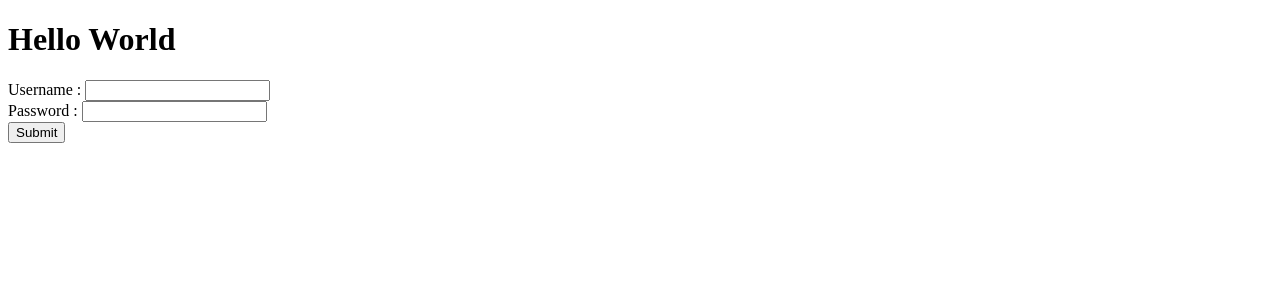
Repository: sunil965/JDBC-Servlet-JSP
Page: SERVLETS/WebContent/index.html
These files come from the project's save history. The page is drawn as it stood at one moment and after the next save; the edit follows.
The browser window is 1280 px wide. The pictures show the whole page.

Above is the page before, as saved 2017-04-27 11:24:10.

### SERVLETS/WebContent/index.html
<!DOCTYPE html>
<html>
<head>
<meta charset="UTF-8">
<title>Insert title here</title>
</head>
<body>
<h1>Hello World</h1>
<form action="firstservlet" method="get">
Username : <input type="text" name="name"><br>
Password : <input type="password" name="pwd"><br>
<input type="submit">
</form>
</body>
</html>

After the next save:
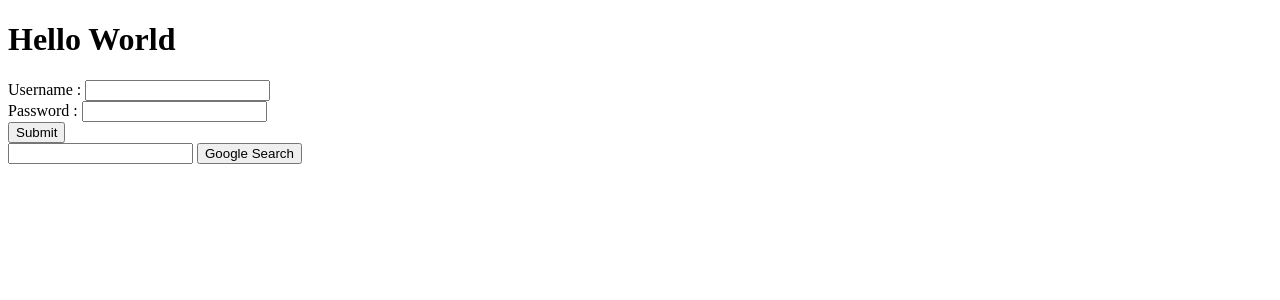
Saved 116 s later.
--- a/SERVLETS/WebContent/index.html
+++ b/SERVLETS/WebContent/index.html
@@ -11,5 +11,11 @@ Username : <input type="text" name="name"><br>
 Password : <input type="password" name="pwd"><br>
 <input type="submit">
 </form>
+
+<form action="ServletTwo" method="get">
+<input type="text" name="name">
+<input type="submit" value="Google Search">
+</form>
+
 </body>
 </html>
